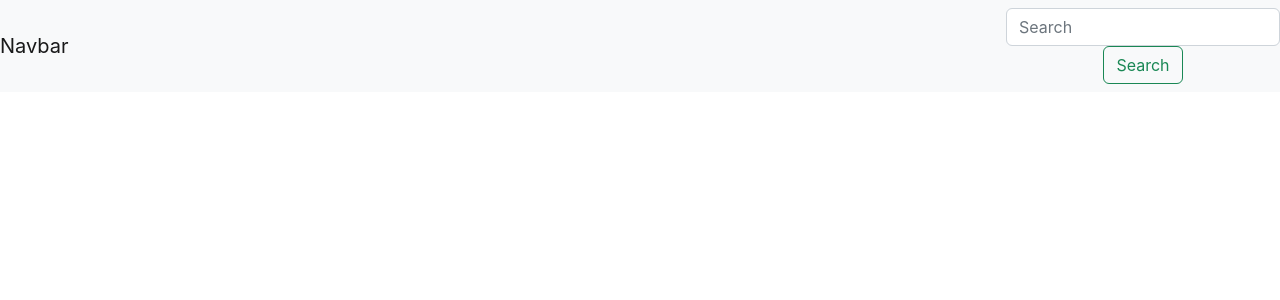
Repository: Sakshamccna/React
Page: /
An editor plug-in stored every save of this project. The page is shown before and after a run of saves, followed by the edit.
The browser window is 1280 px wide. The pictures show the whole page.
The project was rebuilt for these pictures with package versions that can differ from the ones it lists, and the page was loaded fresh each time.

Above is the page before, as saved 2022-12-26 09:47:01.

### public/index.html
<!DOCTYPE html>
<html lang="en">

<head>
  <meta charset="utf-8" />
  <link rel="icon" href="%PUBLIC_URL%/favicon.ico" />
  <meta name="viewport" content="width=device-width, initial-scale=1" />
  <meta name="theme-color" content="#000000" />
  <meta name="description" content="Web site created using create-react-app" />
  <link rel="apple-touch-icon" href="%PUBLIC_URL%/logo192.png" />
  <!--
      manifest.json provides metadata used when your web app is installed on a
      user's mobile device or desktop. See https://developers.google.com/web/fundamentals/web-app-manifest/
    -->
  <link rel="manifest" href="%PUBLIC_URL%/manifest.json" />
  <link href="https://cdn.jsdelivr.net/npm/bootstrap@5.2.3/dist/css/bootstrap.min.css" rel="stylesheet"
    integrity="sha384-rbsA2VBKQhggwzxH7pPCaAqO46MgnOM80zW1RWuH61DGLwZJEdK2Kadq2F9CUG65" crossorigin="anonymous">
  <!--
      Notice the use of %PUBLIC_URL% in the tags above.
      It will be replaced with the URL of the `public` folder during the build.
      Only files inside the `public` folder can be referenced from the HTML.

      Unlike "/favicon.ico" or "favicon.ico", "%PUBLIC_URL%/favicon.ico" will
      work correctly both with client-side routing and a non-root public URL.
      Learn how to configure a non-root public URL by running `npm run build`.
    -->
  <title>React App</title>
</head>

<body>
  <noscript>You need to enable JavaScript to run this app.</noscript>
  <div id="root"></div>
  <!--
      This HTML file is a template.
      If you open it directly in the browser, you will see an empty page.

      You can add webfonts, meta tags, or analytics to this file.
      The build step will place the bundled scripts into the <body> tag.

      To begin the development, run `npm start` or `yarn start`.
      To create a production bundle, use `npm run build` or `yarn build`.
    -->
</body>
<script src="https://cdn.jsdelivr.net/npm/bootstrap@5.2.3/dist/js/bootstrap.bundle.min.js"
  integrity="sha384-kenU1KFdBIe4zVF0s0G1M5b4hcpxyD9F7jL+jjXkk+Q2h455rYXK/7HAuoJl+0I4" crossorigin="anonymous"></script>

</html>

### src/App.tsx
import React from 'react';
import logo from './logo.svg';
import './App.css';
import { BrowserRouter, Routes, Route } from 'react-router-dom';
import Headers from './Components/Headers';


function App() {
  return (
    <div className="App">
      <BrowserRouter>

        <Headers />

      </BrowserRouter>



    </div >
  );
}

export default App;

### src/Components/Headers.tsx
import React from 'react'

function Headers() {
    return (
        <>
            <nav className="navbar navbar-light bg-light">
                <a className="navbar-brand">Navbar</a>
                <form className="form-inline">
                    <input className="form-control mr-sm-2" type="search" placeholder="Search" aria-label="Search" />
                    <button className="btn btn-outline-success my-2 my-sm-0" type="submit">Search</button>
                </form>
            </nav>
        </>
    )
}

export default Headers

Loaded but not shown: src/index.tsx (common file); src/index.css (common file); src/reportWebVitals.ts (common file); src/App.css (common file)

After the next 2 saves:
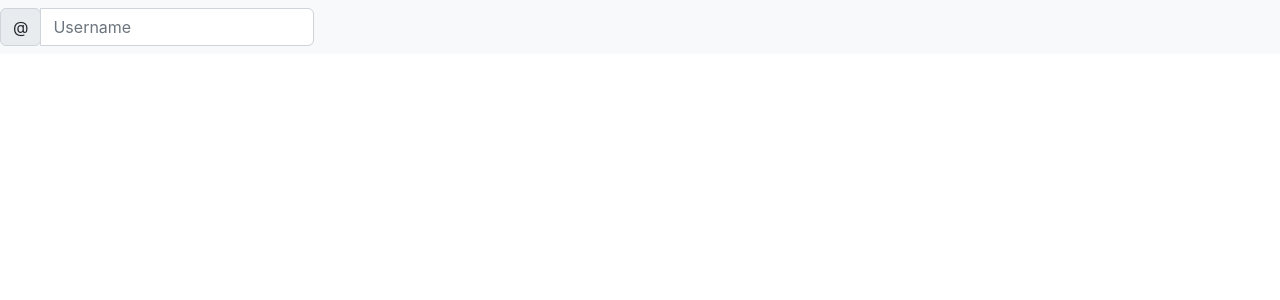
The 2 saves are shown as one change because 1 did not build or start.
The last was saved 40 s later.
--- a/src/Components/Headers.tsx
+++ b/src/Components/Headers.tsx
@@ -4,10 +4,13 @@ function Headers() {
     return (
         <>
             <nav className="navbar navbar-light bg-light">
-                <a className="navbar-brand">Navbar</a>
                 <form className="form-inline">
-                    <input className="form-control mr-sm-2" type="search" placeholder="Search" aria-label="Search" />
-                    <button className="btn btn-outline-success my-2 my-sm-0" type="submit">Search</button>
+                    <div className="input-group">
+                        <div className="input-group-prepend">
+                            <span className="input-group-text" id="basic-addon1">@</span>
+                        </div>
+                        <input type="text" className="form-control" placeholder="Username" aria-label="Username" aria-describedby="basic-addon1" />
+                    </div>
                 </form>
             </nav>
         </>
